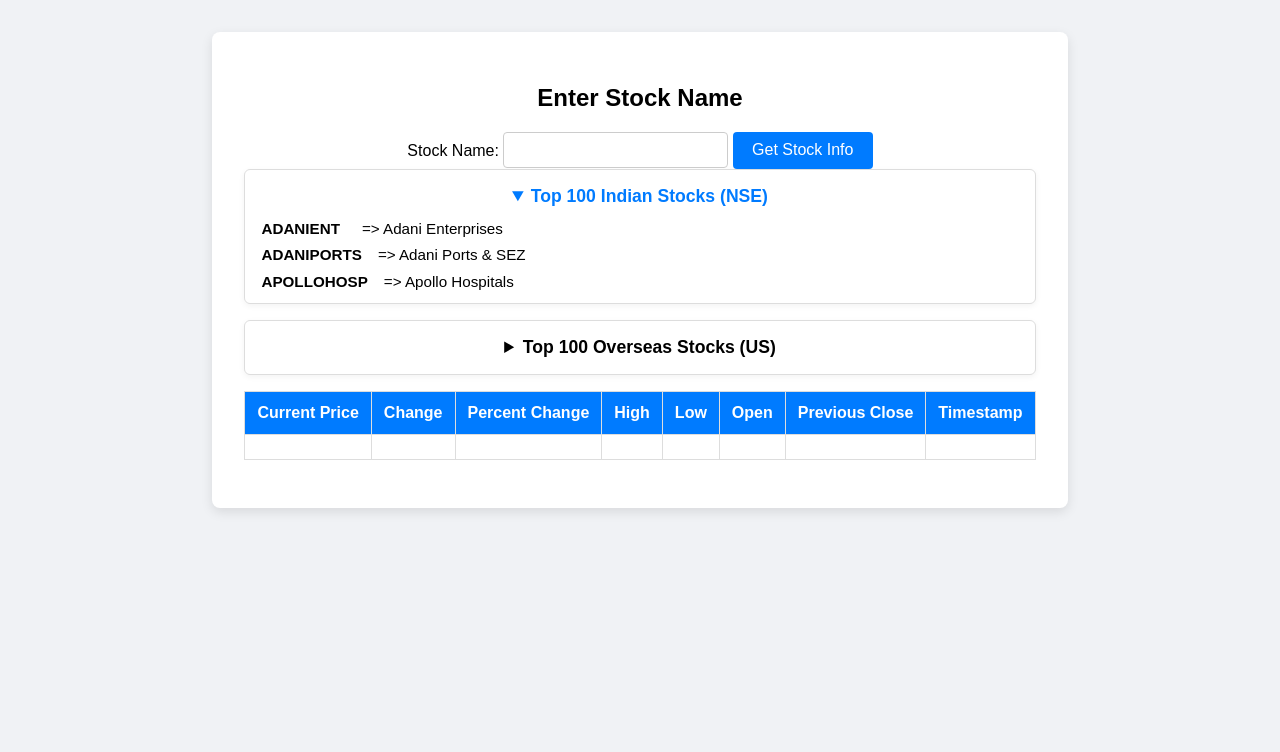
Repository: RamGochade39/Live-Share-Market-Tracker-Microservices-Based-Real-Time-Stock-Info-App
Page: http://localhost/Stock-Price-Enquary-App/views/index.jsp
These files come from the project's save history. The page is drawn as it stood at one moment and after the next save; the edit follows.
The browser window is 1280 px wide. The pictures show the whole page.
The page is served by Tomcat 10. Other server files are loaded and not shown. The template is opened directly, without the code that normally fills it, so the values that code supplies are empty.

Above is the page before, as saved 2025-06-21 07:51:39.

### Stock-Price-Enquary-App/src/main/webapp/views/index.jsp
<%@ page language="java" contentType="text/html; charset=UTF-8"
    pageEncoding="UTF-8" isELIgnored="false"%>
<!DOCTYPE html>
<html>
<head>
  <title>Stock Search</title>
  <style>
    body {
      margin: 0;
      padding: 0;
      font-family: Arial, sans-serif;
      background: #f0f2f5;
      display: flex;
      justify-content: center;
      align-items: flex-start;
      padding-top: 2rem;
      min-height: 100vh;
    }
    .container {
      background: #fff;
      padding: 2rem;
      border-radius: 8px;
      box-shadow: 0 4px 12px rgba(0,0,0,0.1);
      max-width: 90%;
      width: auto;
      text-align: center;
      overflow-x: auto;
      margin-bottom: 2rem;
    }
    details.stock-box {
      background: #fff;
      border: 1px solid #ddd;
      border-radius: 6px;
      box-shadow: 0 2px 6px rgba(0,0,0,0.05);
      padding: 0.5rem 1rem;
      margin-bottom: 1rem;
    }
    details.stock-box summary {
      font-size: 1.1rem;
      font-weight: bold;
      cursor: pointer;
      padding: 0.5rem 0;
    }
    details.stock-box[open] summary {
      color: #007bff;
    }
    .stock-list {
      max-height: 200px;
      overflow-y: auto;
      padding: 0;
      margin: 0;
      list-style: none;
      text-align: left;
    }
    .stock-list li {
      display: flex;
      align-items: baseline;
      padding: 0.3rem 0;
      font-size: 0.95rem;
    }
    .stock-list li span.symbol {
      font-weight: bold;
      min-width: 10ch;
      margin-right: 1rem;
    }
    table {
      border-collapse: collapse;
      margin: 0 auto 1rem;
    }
    th, td {
      padding: 0.75rem;
      border: 1px solid #ddd;
      text-align: center;
      word-wrap: break-word;
      white-space: normal;
    }
    th {
      background: #007bff;
      color: #fff;
    }
    tbody tr:nth-child(odd) {
      background: #f9f9f9;
    }
    input[type="text"] {
      padding: 0.5rem;
      font-size: 1rem;
      border: 1px solid #ccc;
      border-radius: 4px;
      min-width: 150px;
      width: auto;
    }
    input[type="submit"] {
      padding: 0.6rem 1.2rem;
      font-size: 1rem;
      border: none;
      border-radius: 4px;
      background: #007bff;
      color: #fff;
      cursor: pointer;
      transition: background 0.3s;
    }
    input[type="submit"]:hover {
      background: #0056b3;
    }
  </style>
</head>
<body>
  <div class="container">
    <h2>Enter Stock Name</h2>
    <form action="search" method="get">
      <label for="stockName">Stock Name:</label>
      <input type="text" id="stockName" name="stockName" required>
      <input type="submit" value="Get Stock Info">
    </form>

    <!-- Subservice: Stock Symbol Lists -->
    <details class="stock-box" open>
      <summary>Top 100 Indian Stocks (NSE)</summary>
      <ul class="stock-list">
        <li><span class="symbol">ADANIENT</span> => Adani Enterprises</li>
        <li><span class="symbol">ADANIPORTS</span> => Adani Ports & SEZ</li>
        <li><span class="symbol">APOLLOHOSP</span> => Apollo Hospitals</li>
        <!-- ... continue list ... -->
      </ul>
    </details>
    <details class="stock-box">
      <summary>Top 100 Overseas Stocks (US)</summary>
      <ul class="stock-list">
        <li><span class="symbol">AAPL</span> => Apple Inc.</li>
        <li><span class="symbol">ABBV</span> => AbbVie</li>
        <li><span class="symbol">ABT</span> => Abbott Laboratories</li>
        <!-- ... continue list ... -->
      </ul>
    </details>

    <table>
      <tr>
        <th>Current Price</th>
        <th>Change</th>
        <th>Percent Change</th>
        <th>High</th>
        <th>Low</th>
        <th>Open</th>
        <th>Previous Close</th>
        <th>Timestamp</th>
      </tr>
      <tr>
        <td>${data.c}</td>
        <td>${data.d}</td>
        <td>${data.dp}</td>
        <td>${data.h}</td>
        <td>${data.l}</td>
        <td>${data.o}</td>
        <td>${data.pc}</td>
        <td>${time}</td>
      </tr>
    </table>
  </div>
</body>
</html>

After the next save:
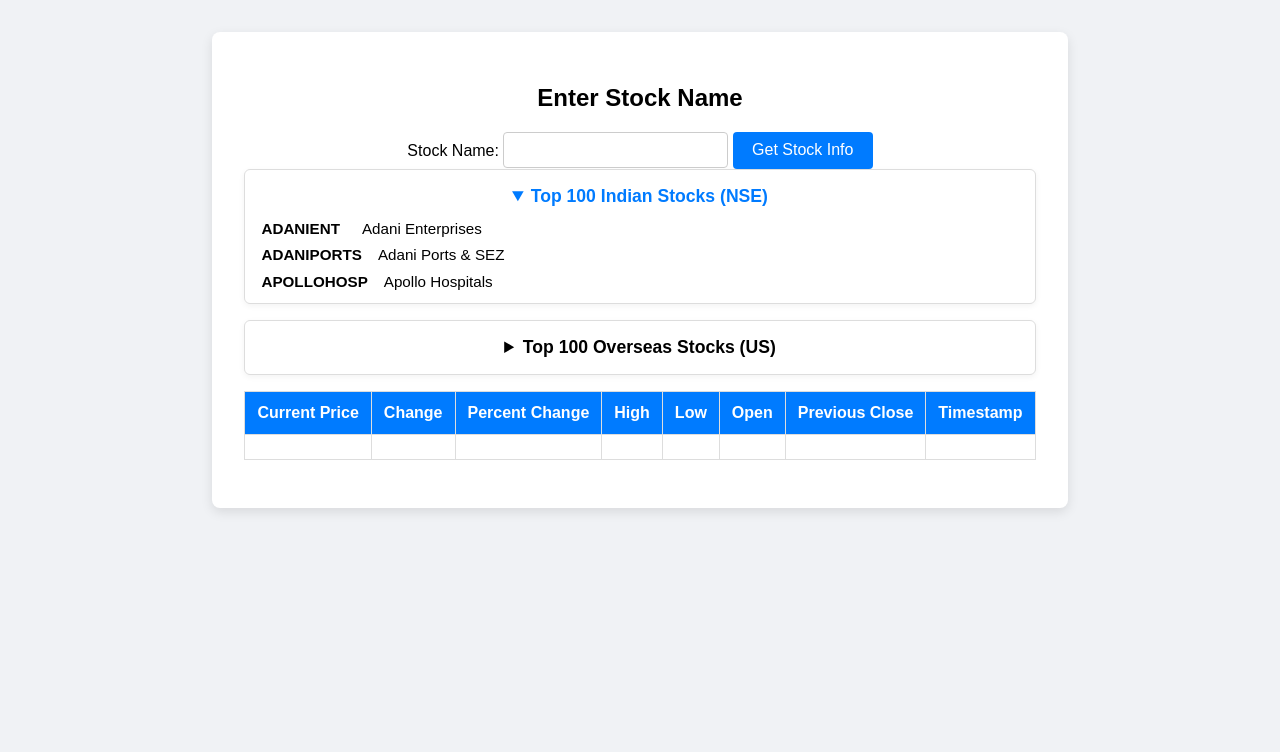
Saved 114 s later.
--- a/Stock-Price-Enquary-App/src/main/webapp/views/index.jsp
+++ b/Stock-Price-Enquary-App/src/main/webapp/views/index.jsp
@@ -22,7 +22,6 @@
       border-radius: 8px;
       box-shadow: 0 4px 12px rgba(0,0,0,0.1);
       max-width: 90%;
-      width: auto;
       text-align: center;
       overflow-x: auto;
       margin-bottom: 2rem;
@@ -63,6 +62,9 @@
       min-width: 10ch;
       margin-right: 1rem;
     }
+    .stock-list li span.name {
+      flex: 1;
+    }
     table {
       border-collapse: collapse;
       margin: 0 auto 1rem;
@@ -87,7 +89,6 @@
       border: 1px solid #ccc;
       border-radius: 4px;
       min-width: 150px;
-      width: auto;
     }
     input[type="submit"] {
       padding: 0.6rem 1.2rem;
@@ -117,19 +118,19 @@
     <details class="stock-box" open>
       <summary>Top 100 Indian Stocks (NSE)</summary>
       <ul class="stock-list">
-        <li><span class="symbol">ADANIENT</span> => Adani Enterprises</li>
-        <li><span class="symbol">ADANIPORTS</span> => Adani Ports & SEZ</li>
-        <li><span class="symbol">APOLLOHOSP</span> => Apollo Hospitals</li>
-        <!-- ... continue list ... -->
+        <li><span class="symbol">ADANIENT</span><span class="name">Adani Enterprises</span></li>
+        <li><span class="symbol">ADANIPORTS</span><span class="name">Adani Ports & SEZ</span></li>
+        <li><span class="symbol">APOLLOHOSP</span><span class="name">Apollo Hospitals</span></li>
+        <!-- Insert the remaining 97 items here following the same format -->
       </ul>
     </details>
     <details class="stock-box">
       <summary>Top 100 Overseas Stocks (US)</summary>
       <ul class="stock-list">
-        <li><span class="symbol">AAPL</span> => Apple Inc.</li>
-        <li><span class="symbol">ABBV</span> => AbbVie</li>
-        <li><span class="symbol">ABT</span> => Abbott Laboratories</li>
-        <!-- ... continue list ... -->
+        <li><span class="symbol">AAPL</span><span class="name">Apple Inc.</span></li>
+        <li><span class="symbol">ABBV</span><span class="name">AbbVie</span></li>
+        <li><span class="symbol">ABT</span><span class="name">Abbott Laboratories</span></li>
+        <!-- Insert the remaining 97 items here following the same format -->
       </ul>
     </details>
 
